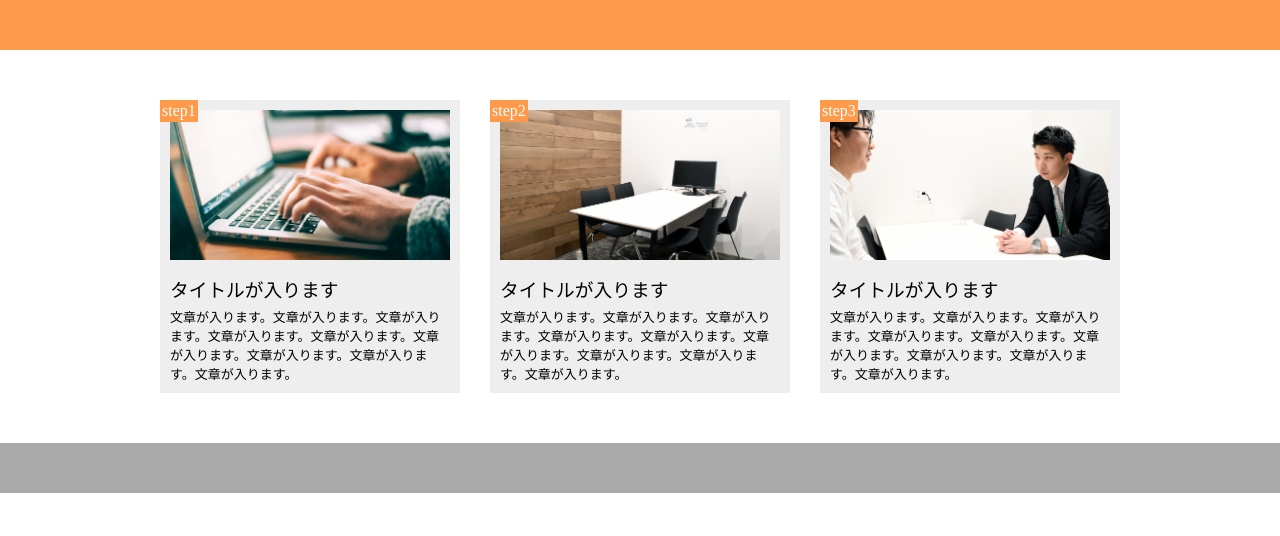
Repository: menyuu/test-html-CSS-practice
Page: exercise/chapter9_exercise.html
The author's editor kept a record of every edit. The page is drawn from the files as they stood at one moment, then again after the next edit.
The browser window is 1280 px wide. The pictures show the whole page.

Above is the page before.

### exercise/chapter9_exercise.html
<!DOCTYPE html>
<html lang="ja">
<head>
  <meta charset="UTF-8">
  <link rel="stylesheet" href="style9.css" type="text/css" />
  <title>chapter9_exercise</title>
</head>
<body>
  <header></header>

  <main>

    <div class="items">

      <div class="item">
        <p class="item-logo">step1</p>
        <div class="item-image flow01"></div>
        <h3 class="item-title">タイトルが入ります</h3>
        <p class="item-text">文章が入ります。文章が入ります。文章が入ります。文章が入ります。文章が入ります。文章が入ります。文章が入ります。文章が入ります。文章が入ります。</p>
      </div>

      <div class="item">
        <p class="item-logo">step2</p>
        <div class="item-image flow02"></div>
        <h3 class="item-title">タイトルが入ります</h3>
        <p class="item-text">文章が入ります。文章が入ります。文章が入ります。文章が入ります。文章が入ります。文章が入ります。文章が入ります。文章が入ります。文章が入ります。</p>
      </div>

      <div class="item">
        <p class="item-logo">step3</p>
        <div class="item-image flow03"></div>
        <h3 class="item-title">タイトルが入ります</h3>
        <p class="item-text">文章が入ります。文章が入ります。文章が入ります。文章が入ります。文章が入ります。文章が入ります。文章が入ります。文章が入ります。文章が入ります。</p>
      </div>

    </div>
  </main>

  <footer></footer>
</body>
</html>

### exercise/style9.css
* {
  margin: 0;
  padding: 0;
  box-sizing: border-box;
}

header {
  width: 100%;
  height: 50px;
  background-color: #ff9a4b;
}

.items {
  width: 960px;
  margin: 0 auto;
  display: flex;
  padding: 50px 0;
}

.items .item:nth-child(2) {
  margin: 0 30px;
}

.item {
  width: 300px;
  background-color: #eee;
  padding: 10px;
  position: relative;
}
.item-logo {
  position: absolute;
  top: 0;
  left: 0;
  background-color: #ff9a4b;
  color: white;
  padding: 2px;
}

.item-title {
  margin: 15px 0 5px;
  font-weight: 400;
}

.item-text {
  font-size: small;
}

.item-image {
  width: 100%;
  height: 150px;
  background-size: cover;
  background-position: bottom;
}

.flow01 {
  background-image: url(img9/flow01.png);
}

.flow02 {
  background-image: url(img9/flow02.png);
}

.flow03 {
  background-image: url(img9/flow03.png);
}

footer {
  width: 100%;
  height: 50px;
  background-color: #aaa;
}

After the next edit:
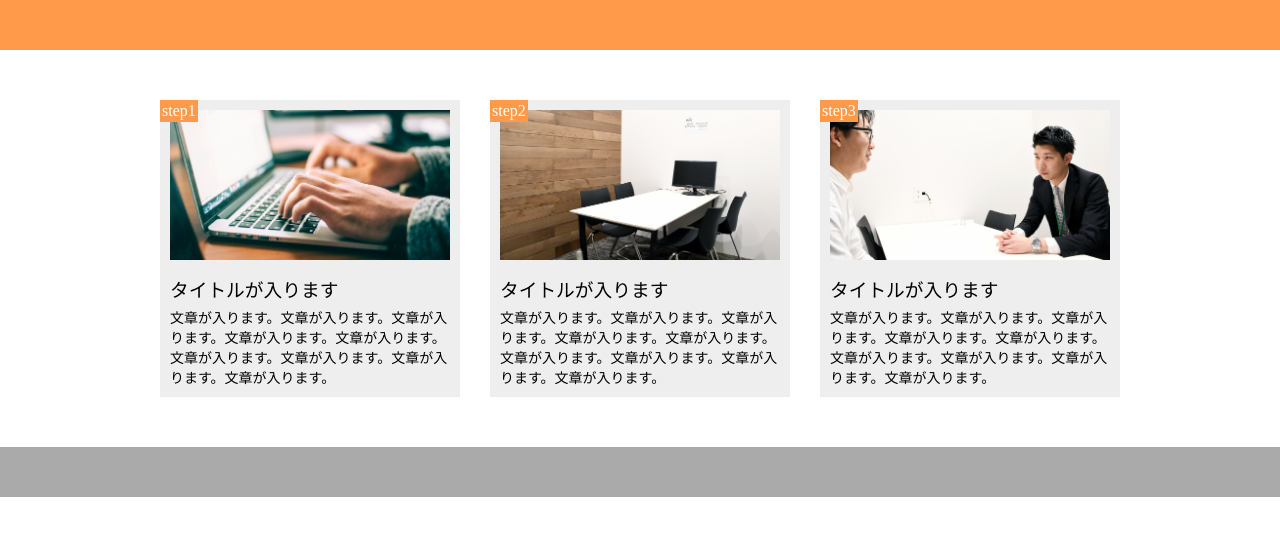
The edit:
--- a/exercise/style9.css
+++ b/exercise/style9.css
@@ -42,7 +42,7 @@
 }
 
 .item-text {
-  font-size: small;
+  font-size: 14px;
 }
 
 .item-image {
